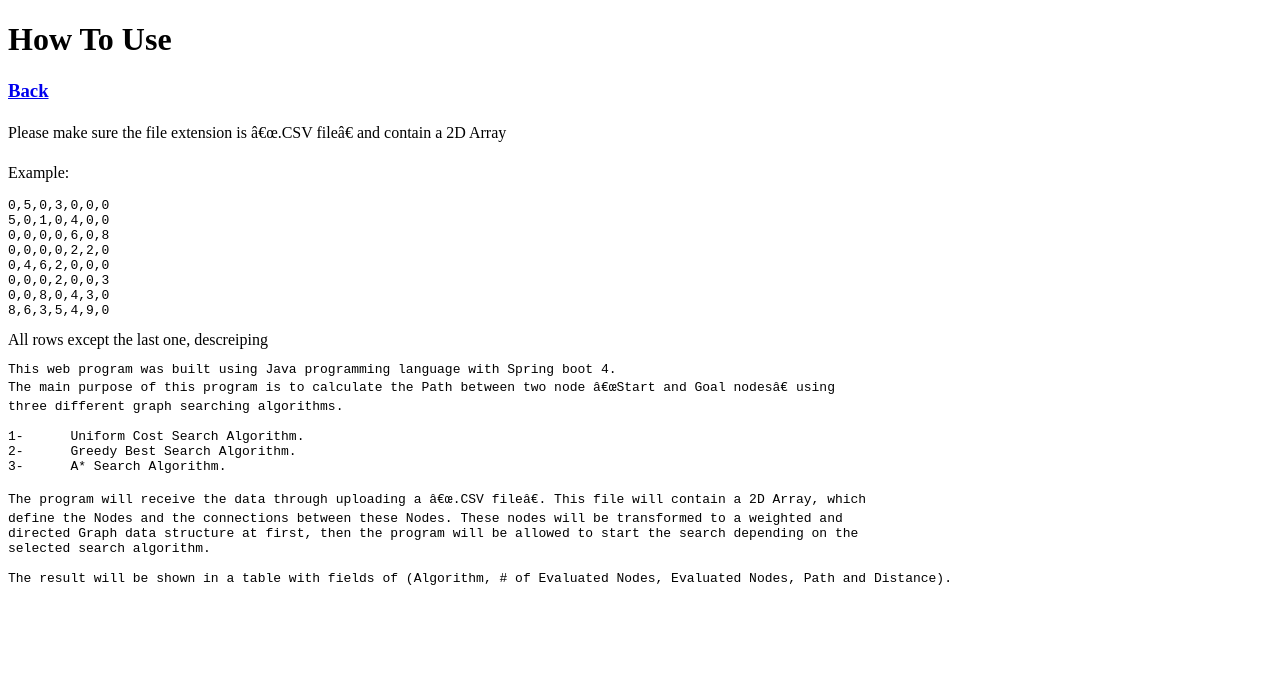
Repository: Anbousi/ITG-Task
Page: http://localhost/graphsearch/use.jsp
An editor plug-in stored every save of this project. The page is shown before and after the next save, followed by the edit.
The browser window is 1280 px wide. The pictures show the whole page.
The page is served by Tomcat 9. Other server files are loaded and not shown.

Above is the page before, as saved 2021-12-31 12:22:59.

### ITG/graphsearch/src/main/webapp/use.jsp
<%@ page language="java" contentType="text/html; charset=ISO-8859-1"
    pageEncoding="ISO-8859-1"%>
<!DOCTYPE html>
<html>
<head>
<meta charset="ISO-8859-1">
<title>Insert title here</title>
</head>
<body>
<div>
<h1>How To Use</h1>
<h3><a href="/">Back</a></h3>
<p>Please make sure the file extension is “.CSV file” and contain a 2D Array</p>
<p>Example:</p>
<pre>
0,5,0,3,0,0,0
5,0,1,0,4,0,0
0,0,0,0,6,0,8
0,0,0,0,2,2,0
0,4,6,2,0,0,0
0,0,0,2,0,0,3
0,0,8,0,4,3,0
8,6,3,5,4,9,0
</pre>
All rows except the last one, descreiping
<br>
<pre>This web program was built using Java programming language with Spring boot 4.
The main purpose of this program is to calculate the Path between two node “Start and Goal nodes” using
three different graph searching algorithms.

1-	Uniform Cost Search Algorithm.
2-	Greedy Best Search Algorithm.
3-	A* Search Algorithm.

The program will receive the data through uploading a “.CSV file”. This file will contain a 2D Array, which
define the Nodes and the connections between these Nodes. These nodes will be transformed to a weighted and
directed Graph data structure at first, then the program will be allowed to start the search depending on the
selected search algorithm.

The result will be shown in a table with fields of (Algorithm, # of Evaluated Nodes, Evaluated Nodes, Path and Distance).
 </pre>
</div>
</body>
</html>

After the next save:
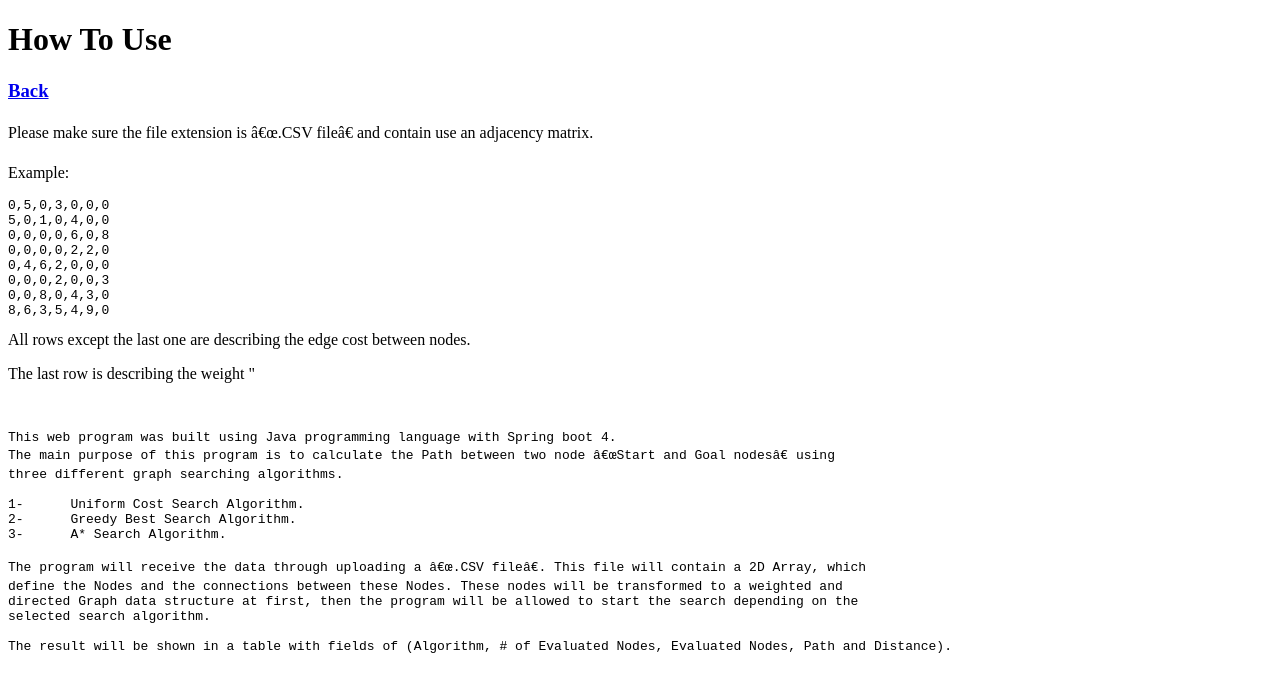
Saved 2 min 59 s later.
--- a/ITG/graphsearch/src/main/webapp/use.jsp
+++ b/ITG/graphsearch/src/main/webapp/use.jsp
@@ -10,7 +10,7 @@
 <div>
 <h1>How To Use</h1>
 <h3><a href="/">Back</a></h3>
-<p>Please make sure the file extension is “.CSV file” and contain a 2D Array</p>
+<p>Please make sure the file extension is “.CSV file” and contain  use an adjacency matrix.</p>
 <p>Example:</p>
 <pre>
 0,5,0,3,0,0,0
@@ -22,7 +22,8 @@
 0,0,8,0,4,3,0
 8,6,3,5,4,9,0
 </pre>
-All rows except the last one, descreiping
+All rows except the last one are describing the edge cost between nodes.
+<p>The last row is describing the weight "</p>
 <br>
 <pre>This web program was built using Java programming language with Spring boot 4.
 The main purpose of this program is to calculate the Path between two node “Start and Goal nodes” using
